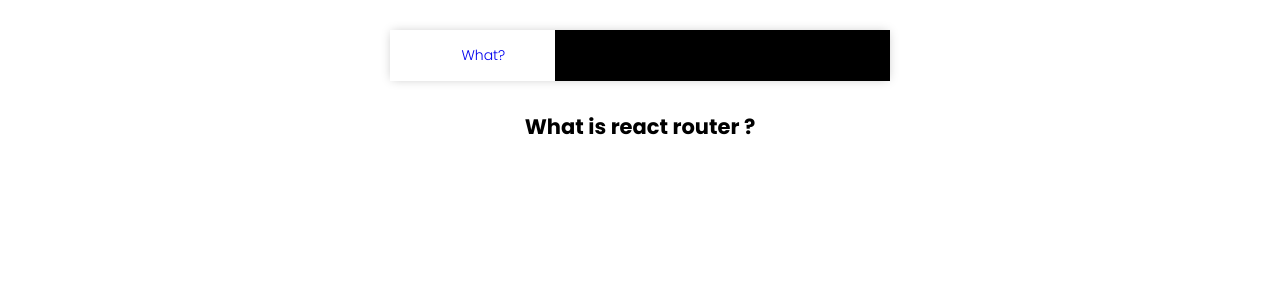
Repository: nguy3nds/2021-18-9-react
Page: /How
The author's editor kept a copy of each file at every save. The page is drawn from the files as they stood at one save, then again after the next save.
The browser window is 1280 px wide. The pictures show the whole page.
The project was rebuilt for these pictures with package versions that can differ from the ones it lists, and the page was loaded fresh each time. Also part of the build but not shown: src/components/How.js, src/components/Why.js.

Above is the page before, as saved 2021-09-18 23:47:16.

After the next save:
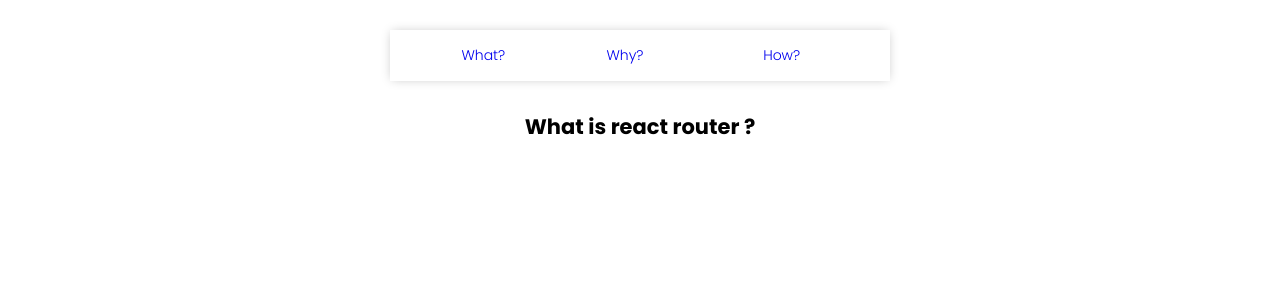
Saved 55 s later.
--- a/src/App.css
+++ b/src/App.css
@@ -77,7 +77,10 @@ button {
     to right,
     transparent 0%,
     transparent 33%,
-    black calc(33%)
+    black calc(33%),
+    transparent calc(33%+2px),
+    transparent 67%,
+    black calc(67%)
   );
 }
 .menu-link {
